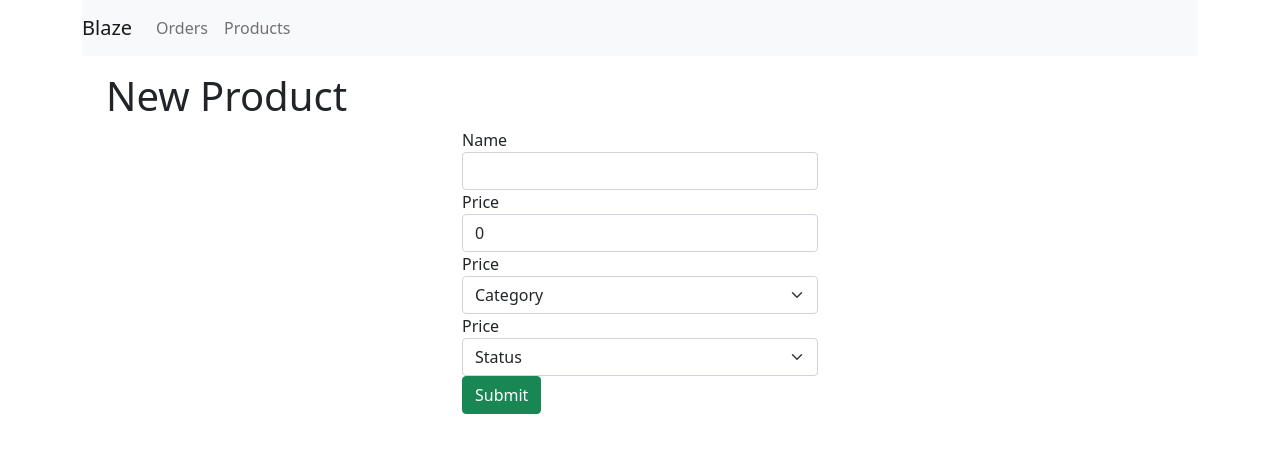
Repository: Isamae/Fractal
Page: /products/product (app in frond/)
The author's editor kept a copy of each file at every save. The page is drawn from the files as they stood at one save, then again after the next save.
The browser window is 1280 px wide. The pictures show the whole page.
The project was rebuilt for these pictures with package versions that can differ from the ones it lists, and the page was loaded fresh each time. Also part of the build but not shown: frond/src/App.css, frond/src/components/ProductComponent.js, frond/src/components/OrderComponent.js, frond/src/components/AddOrderComponent.js, frond/src/components/EditProductComponent.js.

Above is the page before, as saved 2021-09-17 17:53:17.

### frond/src/index.js
import React from 'react';
import ReactDOM from 'react-dom';
import { BrowserRouter } from "react-router-dom";

import App from './App';
import * as serviceWorker from "./serviceWorker";


ReactDOM.render(
  <BrowserRouter>
    <App />
  </BrowserRouter>,
  document.getElementById('root')
);

serviceWorker.unregister();

### frond/src/App.js
import React, { Component } from "react";
import { Switch, Route, Link } from "react-router-dom";

import 'bootstrap/dist/css/bootstrap.min.css'
import './App.css';

import ProductComponent from "./components/ProductComponent";
import OrderComponent from "./components/OrderComponent";
import AddProductComponent from "./components/AddProductComponent";
import AddOrderComponent from "./components/AddOrderComponent";
import EditProductComponent from "./components/EditProductComponent";

class App extends Component {
  render() {
    return (
      <div className="container">
          <nav className="navbar navbar-expand-lg navbar-light bg-light">
              <Link to={"/orders"} className="navbar-brand">
                Blaze
              </Link>
              <div className="navbar-nav mr-auto">
                  <li className="nav-item">
                      <Link to={"/orders"} className="nav-link">
                          Orders
                      </Link>
                  </li>
                  <li className="nav-item">
                      <Link to={"/products"} className="nav-link">
                        Products
                      </Link>
                  </li>
              </div>
          </nav>

          <div className="container mt-3">
              <Switch>
                  <Route exact path="/products" component={ProductComponent} />
                  <Route exact path={["/", "/orders"]} component={OrderComponent} />
                  <Route exact path="/products/product" component={AddProductComponent} />
                  <Route exact path="/orders/order" component={AddOrderComponent} />
                  <Route path="/products/product/:id" component={EditProductComponent} />
              </Switch>
          </div>
      </div>
    );
  }
}

export default App;

### frond/src/serviceWorker.js
const isLocalhost = Boolean(
  window.location.hostname === 'localhost' ||
    // [::1] is the IPv6 localhost address.
    window.location.hostname === '[::1]' ||
    // 127.0.0.0/8 are considered localhost for IPv4.
    window.location.hostname.match(
      /^127(?:\.(?:25[0-5]|2[0-4][0-9]|[01]?[0-9][0-9]?)){3}$/
    )
);

export function register(config) {
  if (process.env.NODE_ENV === 'production' && 'serviceWorker' in navigator) {
    // The URL constructor is available in all browsers that support SW.
    const publicUrl = new URL(process.env.PUBLIC_URL, window.location.href);
    if (publicUrl.origin !== window.location.origin) {
      // Our service worker won't work if PUBLIC_URL is on a different origin
      // from what our page is served on. This might happen if a CDN is used to
      return;
    }

    window.addEventListener('load', () => {
      const swUrl = `${process.env.PUBLIC_URL}/service-worker.js`;

      if (isLocalhost) {
        // This is running on localhost. Let's check if a service worker still exists or not.
        checkValidServiceWorker(swUrl, config);

        // Add some additional logging to localhost, pointing developers to the
        // service worker/PWA documentation.
        navigator.serviceWorker.ready.then(() => {
          console.log(
            'This web app is being served cache-first by a service ' +
              'worker. To learn more, visit https://bit.ly/CRA-PWA'
          );
        });
      } else {
        // Is not localhost. Just register service worker
        registerValidSW(swUrl, config);
      }
    });
  }
}

function registerValidSW(swUrl, config) {
  navigator.serviceWorker
    .register(swUrl)
    .then(registration => {
      registration.onupdatefound = () => {
        const installingWorker = registration.installing;
        if (installingWorker == null) {
          return;
        }
        installingWorker.onstatechange = () => {
          if (installingWorker.state === 'installed') {
            if (navigator.serviceWorker.controller) {
              // At this point, the updated precached content has been fetched,
              // but the previous service worker will still serve the older
              // content until all client tabs are closed.
              console.log(
                'New content is available and will be used when all ' +
                  'tabs for this page are closed. See https://bit.ly/CRA-PWA.'
              );

              // Execute callback
              if (config && config.onUpdate) {
                config.onUpdate(registration);
              }
            } else {
              // At this point, everything has been precached.
              // It's the perfect time to display a
              // "Content is cached for offline use." message.
              console.log('Content is cached for offline use.');

              // Execute callback
              if (config && config.onSuccess) {
                config.onSuccess(registration);
              }
            }
          }
        };
      };
    })
    .catch(error => {
      console.error('Error during service worker registration:', error);
    });
}

function checkValidServiceWorker(swUrl, config) {
  // Check if the service worker can be found. If it can't reload the page.
  fetch(swUrl, {
    headers: { 'Service-Worker': 'script' }
  })
    .then(response => {
      // Ensure service worker exists, and that we really are getting a JS file.
      const contentType = response.headers.get('content-type');
      if (
        response.status === 404 ||
        (contentType != null && contentType.indexOf('javascript') === -1)
      ) {
        // No service worker found. Probably a different app. Reload the page.
        navigator.serviceWorker.ready.then(registration => {
          registration.unregister().then(() => {
            window.location.reload();
          });
        });
      } else {
        // Service worker found. Proceed as normal.
        registerValidSW(swUrl, config);
      }
    })
    .catch(() => {
      console.log(
        'No internet connection found. App is running in offline mode.'
      );
    });
}

export function unregister() {
  if ('serviceWorker' in navigator) {
    navigator.serviceWorker.ready
      .then(registration => {
        registration.unregister();
      })
      .catch(error => {
        console.error(error.message);
      });
  }
}

### frond/src/components/AddProductComponent.js
import React, { Component } from "react";
import Routes from "../services/routes.service";

class AddProduct extends Component {
    constructor(props) {
        super(props);
        this.onChangeName = this.onChangeName.bind(this);
        this.onChangeCategory = this.onChangeCategory.bind(this);
        this.onChangePrice = this.onChangePrice.bind(this);
        this.onChangeStatus = this.onChangeStatus.bind(this);
        this.saveProduct = this.saveProduct.bind(this);
        this.newProduct = this.newProduct.bind(this);

        this.state = {
            id: null,
            name: "",
            product_category: "",
            price: 0,
            active: "",

            submitted: false
        };
    }

    onChangeName(e) {
        this.setState({
            name: e.target.value
        });
    }

    onChangeCategory(e) {
        this.setState({
            product_category: e.target.value
        });
    }

    onChangePrice(e) {
        this.setState({
                price: e.target.value
        });
    }

    onChangeStatus(e) {
        this.setState({
                active: e.target.value
        });
    }

    saveProduct() {
        var data = {
            name: this.state.name,
            product_category: this.state.product_category,
            price: this.state.price,
            active: this.state.active,
        };

        Routes.createProduct(data)
            .then(response => {
                this.setState({
                    id: response.data._id,
                    name: response.data.name,
                    product_category: response.data.product_category,
                    price: response.data.product_category,
                    active: response.data.product_category,

                    submitted: true
                });
                console.log(response.data);
            })
            .catch(e => {
                console.log(e);
            });
    }

    newProduct() {
        this.setState({
            id: null,
            name: "",
            product_category: "",
            price: 0,
            active: "",
        submitted: false
        });
    }

    render() {
        return (
            <div  className="container ">
                <div className="d-flex flex-row"><h1>New Product</h1></div>

                <div className="submit-form  d-flex justify-content-center">
                    {this.state.submitted ? (
                    <div>
                        <h4>You submitted successfully!</h4>
                        <button className="btn btn-success" onClick={this.newProduct}>
                            Add
                        </button>
                    </div>
                    ) : (
                    <div className="col-4 ">
                        <div className="form-group">
                            <label htmlFor="name">Name</label>
                            <input
                                type="text"
                                className="form-control"
                                id="name"
                                required
                                value={this.state.name}
                                onChange={this.onChangeName}
                                name="name"
                            />
                        </div>

                        <div className="form-group">
                            <label htmlFor="price">Price</label>
                            <input
                                type="number"
                                className="form-control"
                                id="price"
                                required
                                value={this.state.price}
                                onChange={this.onChangePrice}
                                name="price"
                            />
                        </div>

                        <div className="form-group">
                            <label htmlFor="category">Price</label>
                            <select className="form-select"
                                id="category"
                                required
                                value={this.state.product_category}
                                onChange={this.onChangeCategory}
                                name="category">
                                <option selected>Category</option>
                                <option value="Cookies">Cookies</option>
                                <option value="Candies">Candies</option>
                                <option value="Cakes">Cakes</option>
                                <option value="Desserts">Desserts</option>
                                <option value="Drinks">Drinks</option>
                            </select>
                        </div>

                        <div className="form-group">
                            <label htmlFor="active">Price</label>
                            <select className="form-select"
                                id="active"
                                required
                                value={this.state.active}
                                onChange={this.onChangeStatus}
                                name="active">
                                <option selected>Status</option>
                                <option value="Active">Active</option>
                                <option value="Inactive">Inactive</option>
                            </select>
                        </div>

                        <button onClick={this.saveProduct} className="btn btn-success">
                            Submit
                        </button>
                    </div>
                    )}
                </div>
            </div>
        );
    }
}

export default AddProduct;

### frond/src/services/routes.service.js
import http from '../http';

class Routes{
    /*Product*/
    getAllProducts(){
        return http.get("/products/");
    }

    createProduct(data) {
        return http.post("/products/product", data);
    }

    updateProduct(id, data) {
        return http.put(`/products/product/${id}`, data);
    }

    deleteProduct(id) {
        return http.delete(`/products/product/${id}`);
    }

    getProduct(id) {
        return http.get(`/products/product/dato/${id}`);
    }

    /*Orders*/

    getAllOrders(){
        return http.get("/orders/");
    }

    createOrder(data) {
        return http.post("/orders/order", data);
    }

    /*Consumer*/

    createConsumer(data) {
        return http.post("/consumers/consumer", data);
    }
}

export default new Routes();

Loaded but not shown: frond/public/index.html (common file); frond/src/http.js (common file)

After the next save:
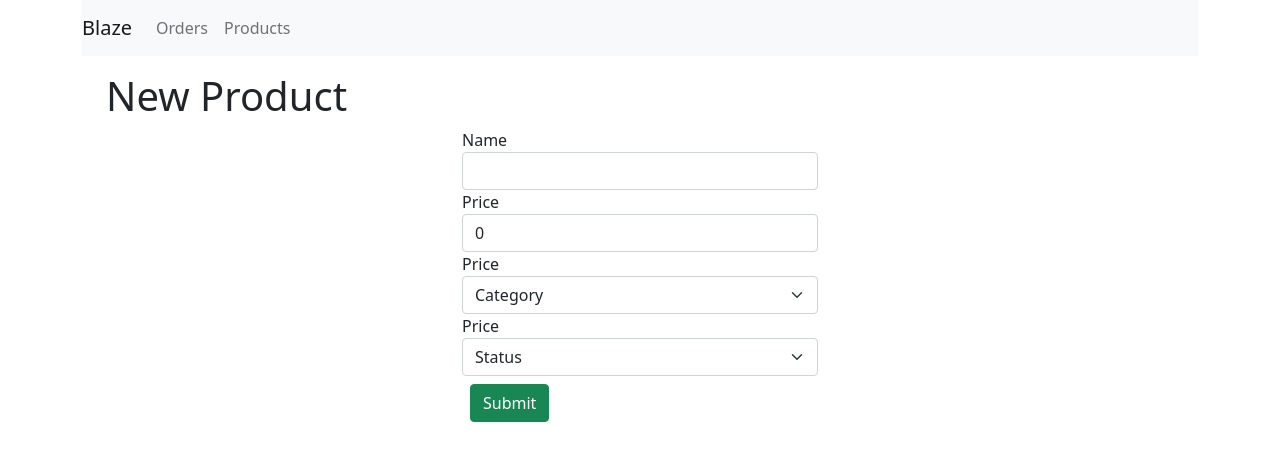
Saved 42 s later.
--- a/frond/src/components/AddProductComponent.js
+++ b/frond/src/components/AddProductComponent.js
@@ -155,7 +155,7 @@ class AddProduct extends Component {
                             </select>
                         </div>
 
-                        <button onClick={this.saveProduct} className="btn btn-success">
+                        <button onClick={this.saveProduct} className="btn btn-success m-2">
                             Submit
                         </button>
                     </div>
